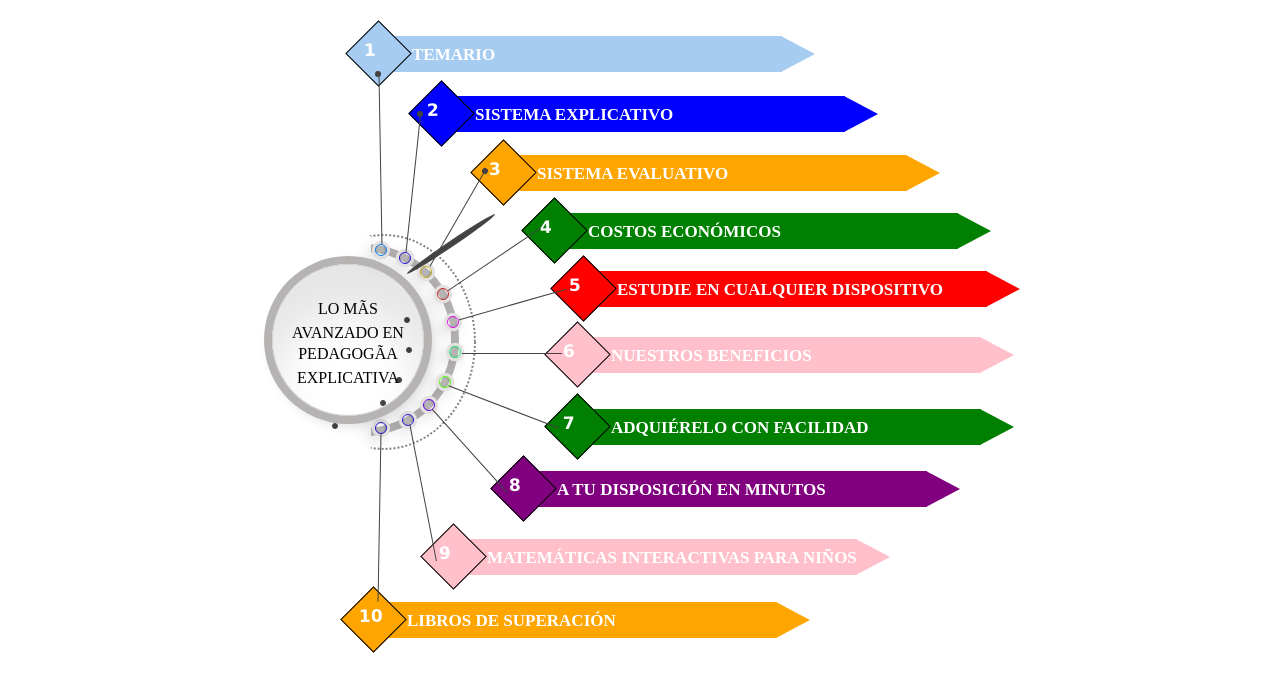
Repository: jennymoreno94/Menu
Page: index.html
These files come from the project's save history. The page is drawn as it stood at one moment and after the next save; the edit follows.
The browser window is 1280 px wide. The pictures show the whole page.

Above is the page before, as saved 2021-08-01 23:56:03.

### index.html
<!DOCTYPE html>
<html lang=”en”>

<head>
  <link rel="stylesheet" href="estilo.css">
  <meta charset=”UTF-8″ />
  <title>Menu</title>
</head>
<body>
  <container>
    <div class="circulo-completo">
      <div class="circle-menu">
        <p>LO MÁS AVANZADO EN PEDAGOGÍA EXPLICATIVA</p>
      </div>
      <div id="circulo" class="circle-menus derecha"></div>
    </div>
    <div class="circle-punto derecha"> </div>
  </container>
</body>
<script type="text/javascript" src="menu.js"></script>

</html>

### estilo.css


.circulo-completo {
    margin: 250px;
}

.circle-menu {
    position: relative;
    width: 150px;
    height: 150px;
    border: 1px solid rgb(211, 208, 208);
    border-radius: 50%;
    box-shadow: inset 0 3em 3em rgba(0, 0, 0, 0.1), 0 0 0 0.5rem rgb(182, 179, 179), 0.3em 0.3em 1em rgba(0, 0, 0, 0.3);
    float: left;
    z-index: 7;
    margin: 14px;
}

p {
    padding: 1rem;
    text-align: center;
}

.circle-menus {
    position: relative;
    background-color: gray;
    width: 180px;
    height: 180px;
    border-radius: 50% 50%;
    margin-left: -165px;
    float: left;
    z-index: 6;
}

.circle-menus::before {
    position: absolute;
    content: "";
    top: 1%;
    left: 1%;
    background-color: #fff;
    height: 98%;
    width: 98%;
    border-radius: 50% 50%;
    box-shadow: inset 0 3em 3em rgb(255, 255, 255), 0 0 0 0.5rem rgb(182, 179, 179), 0.3em 0.3em 1em rgb(255, 255, 255);
}

.circle-menus::after {
    position: absolute;
    content: "";
    height: 50%;
    background-color: rgb(255, 255, 255);
    border: 1px solid #fff;
    top: 50%;
    left: 0;
    width: 100%;
    box-shadow: inset 0 3em 3em rgb(255, 255, 255), 0 0 0 0.5rem rgb(255, 255, 255), 0.3em 0.3em 1em rgb(255, 255, 255);
}

.circle-menus.derecha {
    transform: rotate(90deg);
}

.circulo-pequeno {
    position: relative;
    width: 10px;
    height: 10px;
    border-radius: 50%;
    box-shadow: inset 0 0.1rem 0.1rem rgba(0, 0, 0, 0.1), 0 0 0 0.2rem rgb(229, 224, 224), 0.3em 0.3em 1em rgba(0, 0, 0, 0.3);
    float: left;
    z-index: 5;
}

.num1 {
    border: 1px solid rgb(10 124 241);
    margin: 66px 0px 48px -6px;
}

.num::after {
    height: 1px;
    background-color: red;
}

.num2 {
    border: 1px solid rgb(32 20 212);
    margin: 42px 0px 0px -4px;
}

.num3 {
    border: 1px solid rgb(190 169 26);
    margin: 21px 0px 0px 2px;
}

.num4 {
    border: 1px solid rgb(200 41 41);
    margin: 4px 0px 0px 10px;
}

.num5 {
    border: 1px solid rgb(222 19 235);
    margin: -6px 0px 0px 16px;
}

.num6 {
    border: 1px solid rgb(18 235 115);
    margin: -8px 0px 0px 18px;
}

.num7 {
    border: 1px solid rgb(89 249 20);
    margin: 2px 0px 0px 18px;
}

.num8 {
    border: 1px solid rgb(100 3 225);
    margin: 18px 0px 0px 11px;
}

.num9 {
    border: 1px solid rgb(32 20 212);
    margin: 39px -1px 0px 3px;
}

.num10 {
    border: 1px solid rgb(32 20 212);
    margin: 66px -14px 0px -3px;
}

.circle-punto {
    position: relative;
    width: 212px;
    height: 180px;
    border-radius: 50% 50%;
    margin-left: -177px;
    border: 2px dotted gray;
    float: left;
    z-index: 4;
}

.circle-punto::before {
    position: absolute;
    content: "";
    top: 1%;
    left: 1%;
    background-color: #fff;
    height: 98%;
    width: 98%;
    border-radius: 50% 50%;
}

.circle-punto::after {
    position: absolute;
    content: "";
    height: 50%;
    background-color: rgb(255, 255, 255);
    border: 1px dotted #fff;
    top: 57%;
    left: 0;
    width: 100%;
}

.circle-punto.derecha {
    transform: rotate(90deg);
}

.boton-agrupado {
    position: relative;
    float: left;
    z-index: 3;
}

.button-href {
    position: relative;
    width: 400px;
    height: 36px;
    background: white;
    display: inline-block;
    color: black;
    text-decoration: none;
    z-index: -1;

}

.flecha {
    position: absolute;
    content: "";
    border-left: 34px solid white;
    border-top: 18px solid transparent;
    border-bottom: 18px solid transparent;
    margin-left: -1px;
}

.texto {
    margin-left: 30px;
    margin-top: 9px;
    font-size: 17px;
    color: white;

}

.btn1 {
    transform: translateY(-268px) translateX(-391px) rotate(630deg);
}

.btn2 {
    transform: translateY(-307px) translateX(-339px) rotate(630deg);
}

.btn3 {
    transform: translateY(-348px) translateX(-294px) rotate(630deg);
}

.btn4 {
    transform: translateY(-382px) translateX(-258px) rotate(630deg);
}

.btn5 {
    transform: translateY(-401px) translateX(-228px) rotate(630deg);
}

.btn6 {
    transform: translateY(-393px) translateX(-192px) rotate(630deg);
}

.btn7 {
    transform: translateY(-403px) translateX(-150px) rotate(630deg);
}

.btn8 {
    transform: translateY(-365px) translateX(-111px) rotate(630deg);
}

.btn9 {
    transform: translateY(-316px) translateX(-58px) rotate(630deg);
}

.btn10 {
    transform: translateY(-263px) translateX(-3px) rotate(630deg);
}


.linea {
    position: relative;
    width: 112px;
    height: 47px;
    border-bottom: 1px solid rgb(68, 66, 66);
    float: left;
    z-index: 4;
    transform: translateY(4px) translateX(-168px) rotate(181deg);
}

.punto {
    position: relative;
    width: 4px;
    height: 4px;
    border-radius: 50%;
    float: left;
    background: rgb(68, 66, 66);;
    border: 1px solid rgb(68, 66, 66);;
    z-index: 4;
}



.linea1 {
    transform: translateY(5px) translateX(-168px) rotate(179deg);
    width: 168px;
}

.punto1{
    transform: translateY(-43px) translateX(-174px) rotate(181deg);
}


.linea2 {
    transform: translateY(-4px) translateX(-143px) rotate(186deg);
    width: 140px;
}

.punto2 {
    transform: translateY(-61px) translateX(-142px) rotate(186deg);
}

.linea3 {
    transform: translateY(-30px) translateX(-115px) rotate(210deg);
    width: 110px;
}

.punto3 {
    transform: translateY(-105px) translateX(-99px) rotate(210deg);
}

.linea4 {
    transform: translateY(-57px) translateX(-105px) rotate(236deg);
}

.punto4 {
    transform: translateY(-54px) translateX(-98px) rotate(236deg);
    width: 104px;
}

.linea5 {
    transform: translateY(-72px) translateX(-91px) rotate(254deg);
}

.linea6 {
    transform: translateY(-76px) translateX(-67px) rotate(270deg);
    width: 100px;
}

.linea7 {
    transform: translateY(-86px) translateX(-51px) rotate(291deg);
    width: 118px;
}

.linea8 {
    transform: translateY(-77px) translateX(-21px) rotate(318deg);
}

.linea9 {
    transform: translateY(-11px) translateX(12px) rotate(169deg);
    width: 140px;
}

.linea10 {
    transform: translateY(-41px) translateX(11px) rotate(361deg);
    width: 168px;
}

.text {
    border-radius: 4px;
    font-family: Verdana;
    color: white;
    position: relative;
    overflow: hidden;
    padding: 4px;
    top: 37%;
    transform: translateY(-111%) rotate( 314deg);
    font-size: 17px;
    text-transform: uppercase;
}

.rombo {
    position: absolute;
    content: "";
    width: 45px;
    height: 45px;
    background: white;
    -webkit-transform: rotate(45deg);
    -moz-transform: rotate(45deg);
    -ms-transform: rotate(45deg);
    -o-transform: rotate(45deg);
    transform: rotate(45deg);
    border: 1px solid;
    margin-left: -27px;
    margin-top: -6px;
    z-index: 1;
}

### menu.js
let circulo = document.getElementById("circulo");

function Menu() {
    for (i = 0; i < 10 ; i++ ) {
        let circuloPequeno = document.createElement("div")
        circuloPequeno.classList.add("circulo-pequeno")
        circuloPequeno.classList.add(`num${i+1}`)

        let linea = document.createElement("div")
        linea.classList.add("linea")
        linea.classList.add(`linea${i+1}`)

        let punto = document.createElement("div")
        punto.classList.add("punto")
        punto.classList.add(`punto${i+1}`)


        let boton = document.createElement("div")
        boton.classList.add("boton-agrupado")
        boton.classList.add(`btn${i+1}`)

        let color=cambiocolor(i+1)

        let spanRombo =document.createElement("span")
        spanRombo.classList.add("rombo")
        spanRombo.style.setProperty(`background`, color);

        let h3Rombo =document.createElement("h3")
        h3Rombo.classList.add("text")

        let link =document.createElement("a")
        link.classList.add("button-href")
        link.style.setProperty(`background`, color);

        let span =document.createElement("span")
        span.classList.add("flecha")
        span.style.setProperty(`border-left`,`34px solid ${color}`);

        let h3 =document.createElement("h3")
        h3.classList.add("texto")
        let textoFinal = texto(i+1)

        circulo.appendChild(circuloPequeno)
        circuloPequeno.appendChild(linea)
        circuloPequeno.appendChild(punto)
        circuloPequeno.appendChild(boton)
        boton.appendChild(spanRombo)
        boton.appendChild(link)
        boton.appendChild(span)
        link.appendChild(h3)
        spanRombo.appendChild(h3Rombo)
        h3.append(textoFinal);
        h3Rombo.append(i+1);
    }
}


function texto(num) {
    let texto = ''
    switch (num) {
        case 1: texto='TEMARIO'
        break;
        case 2: texto='SISTEMA EXPLICATIVO'
        break;
        case 3: texto='SISTEMA EVALUATIVO'
        break;
        case 4: texto='COSTOS ECONÓMICOS'
        break;
        case 5: texto='ESTUDIE EN CUALQUIER DISPOSITIVO'
        break;
        case 6: texto='NUESTROS BENEFICIOS'
        break;
        case 7: texto='ADQUIÉRELO CON FACILIDAD'
        break;
        case 8: texto='A TU DISPOSICIÓN EN MINUTOS'
        break;
        case 9: texto='MATEMÁTICAS INTERACTIVAS PARA NIÑOS'
        break;
        case 10: texto='LIBROS DE SUPERACIÓN'
        break;
    }
    return texto
}

function cambiocolor(num) {
    let color = ''
    switch (num) {
        case 1: color='rgb(166, 205, 241)'
        break;
        case 2: color='blue'
        break;
        case 3: color='orange'
        break;
        case 4: color='green'
        break;
        case 5: color='red'
        break;
        case 6: color='pink'
        break;
        case 7: color='green'
        break;
        case 8: color='purple'
        break;
        case 9: color='pink'
        break;
        case 10: color='orange'
        break;
    }
    return color
}




document.onload = Menu()

After the next save:
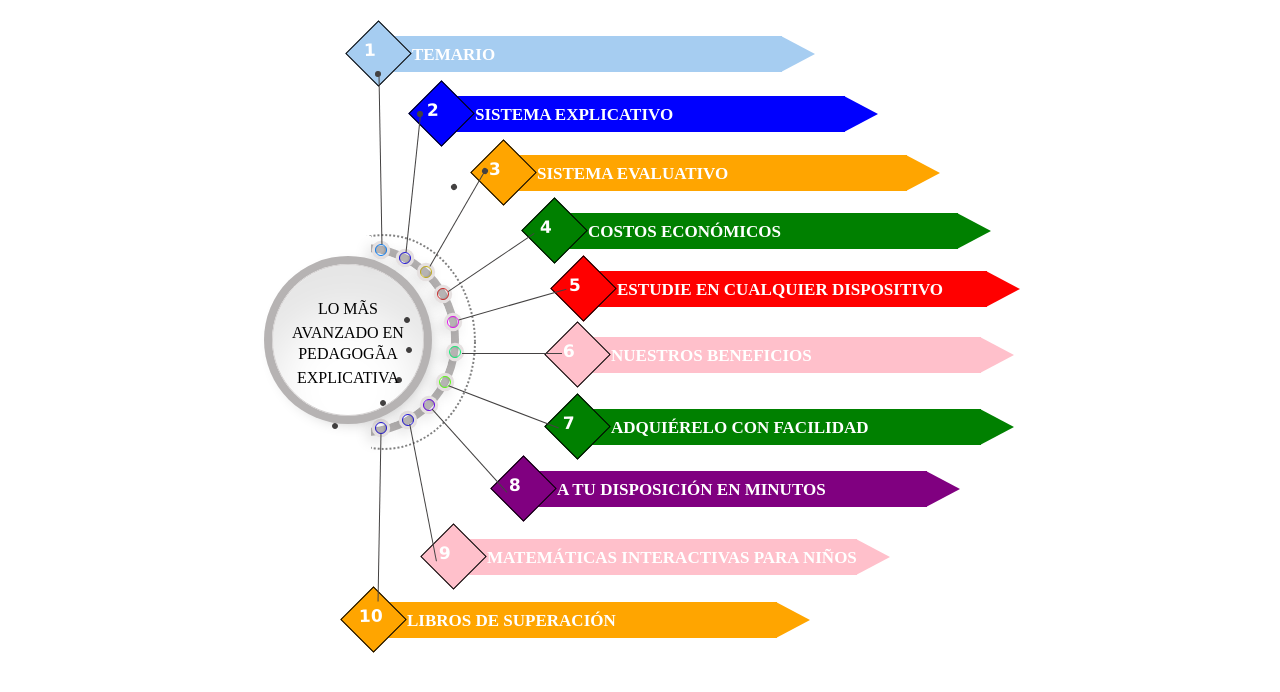
Saved 21 s later.
--- a/estilo.css
+++ b/estilo.css
@@ -290,12 +290,12 @@ p {
 }
 
 .linea4 {
-    transform: translateY(-57px) translateX(-105px) rotate(236deg);
-}
-
-.punto4 {
     transform: translateY(-54px) translateX(-98px) rotate(236deg);
     width: 104px;
+}
+
+.punto4 {
+    transform: translateY(-57px) translateX(-105px) rotate(236deg);
 }
 
 .linea5 {
